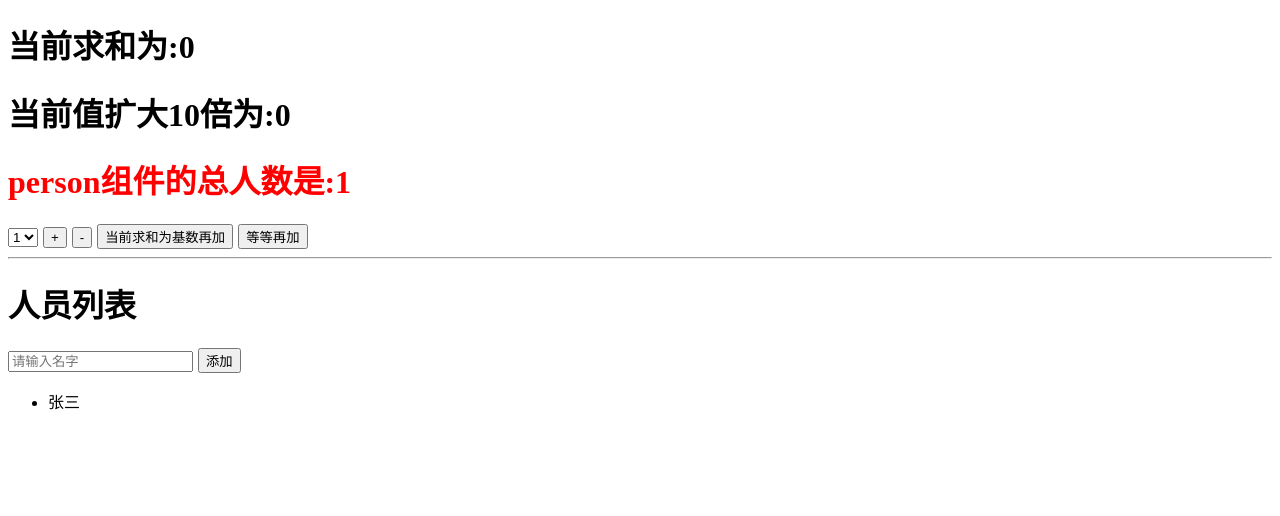
Repository: ldqml/vue.test
Page: / (app in vuexx/)
An editor plug-in stored every save of this project. The page is shown before and after the next save, followed by the edit.
The browser window is 1280 px wide. The pictures show the whole page.
The project was rebuilt for these pictures with package versions that can differ from the ones it lists, and the page was loaded fresh each time. Also part of the build but not shown: vuexx/vue.config.js.

Above is the page before, as saved 2022-08-21 18:21:41.

After the next save:
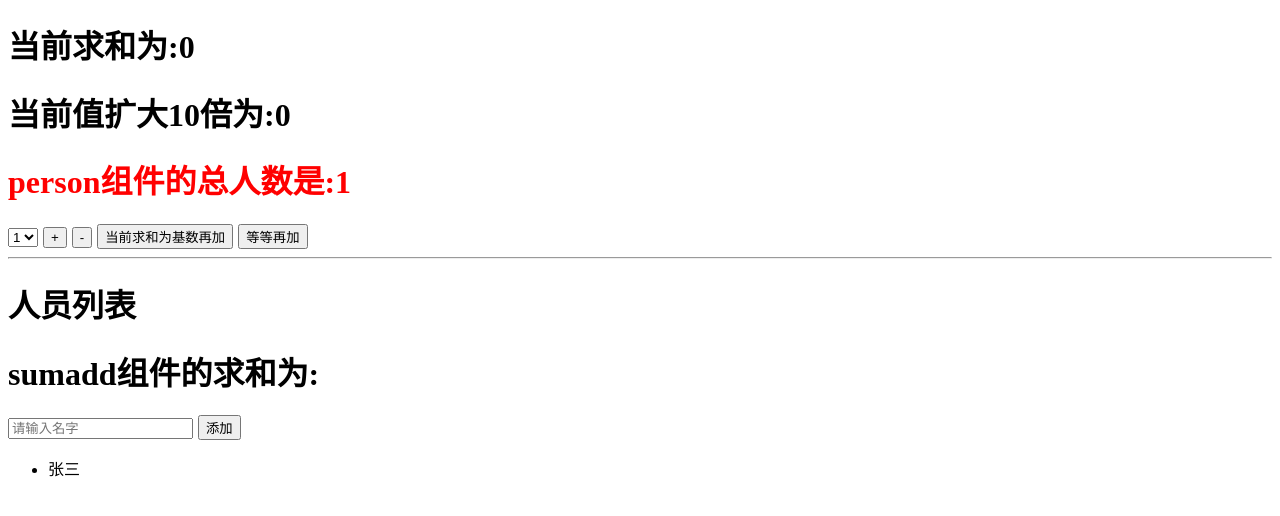
Saved 93 s later.
--- a/vuexx/src/components/PerSon.vue
+++ b/vuexx/src/components/PerSon.vue
@@ -1,6 +1,7 @@
 <template>
   <div>
     <h1>人员列表</h1>
+    <h1>sumadd组件的求和为:{{sum}}</h1>
     <input type="text" placeholder="请输入名字" v-model="name">
     <button @click="add">添加</button>
     <ul>
